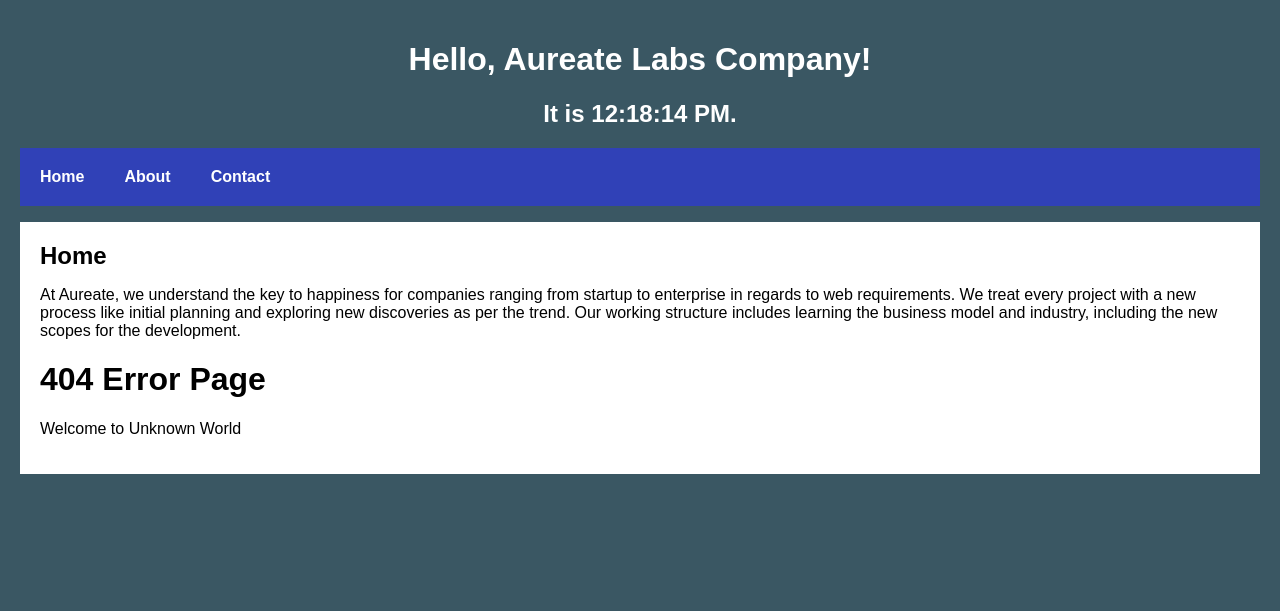
Repository: hardikaureate/React-Pages-Menu
Page: /
These files come from the project's save history. The page is drawn as it stood at one moment and after the next save; the edit follows.
The browser window is 1280 px wide. The pictures show the whole page.
The project was rebuilt for these pictures with package versions that can differ from the ones it lists, and the page was loaded fresh each time. Also part of the build but not shown: src/About.js, src/Contact.js.

Above is the page before, as saved 2020-10-26 15:30:54.

### src/index.js
import React from 'react';
import ReactDOM from 'react-dom';
import './index.css';
import Main from './Main';
import Clock from './Clock';

ReactDOM.render(
<React.Fragment>
<Clock name="Company" />
<Main/>
</React.Fragment>
, document.getElementById('root'));

### src/index.css
body {
    background-color: #3a5763;
    padding: 20px;
    margin: 0;
}

h1,
h2,
p,
ul,
li {
    font-family: sans-serif;
}

ul.header li {
    display: inline;
    list-style-type: none;
    margin: 0;
}

ul.header {
    background-color: #3041b7;
    padding: 0;
}

ul.header li a {
    color: #FFF;
    font-weight: bold;
    text-decoration: none;
    padding: 20px;
    display: inline-block;
}

.content {
    background-color: #FFF;
    padding: 20px;
}

.content h2 {
    padding: 0;
    margin: 0;
}

.content li {
    margin-bottom: 10px;
}

.active {
    background-color: #0099FF;
}

.common {
    text-align: center;
    color: #FFF;
}

### src/Main.js
import React, { Component } from 'react'
import {Route, Link, HashRouter} from 'react-router-dom';
import Home from './Home';
import About from './About';
import Contact from './Contact';
import Errorpage from './Errorpage'


class Main extends Component {
        render(){
                return(
                        <HashRouter>
                        <React.Fragment>
                                <ul className="header">
                                        <li><Link exact to="/">Home</Link></li>
                                        <li><Link to="/about">About</Link></li>
                                        <li><Link to="/contact">Contact</Link></li>
                                        {/* <li><Link to="/contact">Contact</Link></li> */}
                                </ul>

                                <div className="content">
                                        <Route exact path="/" component={Home} />
                                        <Route exact path="/about" component={About} />
                                        <Route exact path="/contact" component={Contact} />
                                        <Route component={Errorpage} />
                                </div>
                        </React.Fragment>
                        </HashRouter>
                )
        }
}

export default Main;

### src/Clock.js
import React, { Component } from 'react'

export default class Clock extends Component {
        constructor(props) {
                super(props);
                console.log('constructtt');
                this.state = {
                        greeting : "Hello",
                        date: new Date()
                }
                // this.state = {};

              }

              componentDidMount(){
                console.log('DidMount')
                      this.Tid = setInterval( () =>
                              this.tick(), 1000
                      );
              }

              componentWillUnmount() {
                      console.log('WillMount')
                      clearInterval(this.Tid)
              }

              tick(){
                //console.log('tick()method')
                      this.setState({
                              date : new Date()
                      })
              }

              render() {
                      console.log('Rendering')
                      const allname = 'Aureate Labs'
                return (
                  <div>
                    <h1 className="common">{this.state.greeting}, {allname} {this.props.name}!</h1>
                    <h2 className="common">It is {this.state.date.toLocaleTimeString()}.</h2>
                  </div>
                );
              }
}

### src/Home.js
import React, { Component } from 'react'

class Home extends Component {
        render() {
                return (
                        <div>
                        <h2>Home</h2>
                              <p>At Aureate, we understand the key to happiness for companies ranging from startup to enterprise in regards to web requirements. We treat every project with a new process like initial planning and exploring new discoveries as per the trend. Our working structure includes learning the business model and industry, including the new scopes for the development.</p>
                        </div>
                )
        }
}


export default Home;

### src/Errorpage.js
import React from 'react'

const Errorpage = () => {
    return (
        <div>
            <div className="setStyle2">
                <h1>404 Error Page</h1>
                <p>Welcome to Unknown World</p>
            </div>
        </div>
    )
}

export default Errorpage

Loaded but not shown: public/index.html (common file)

After the next save:
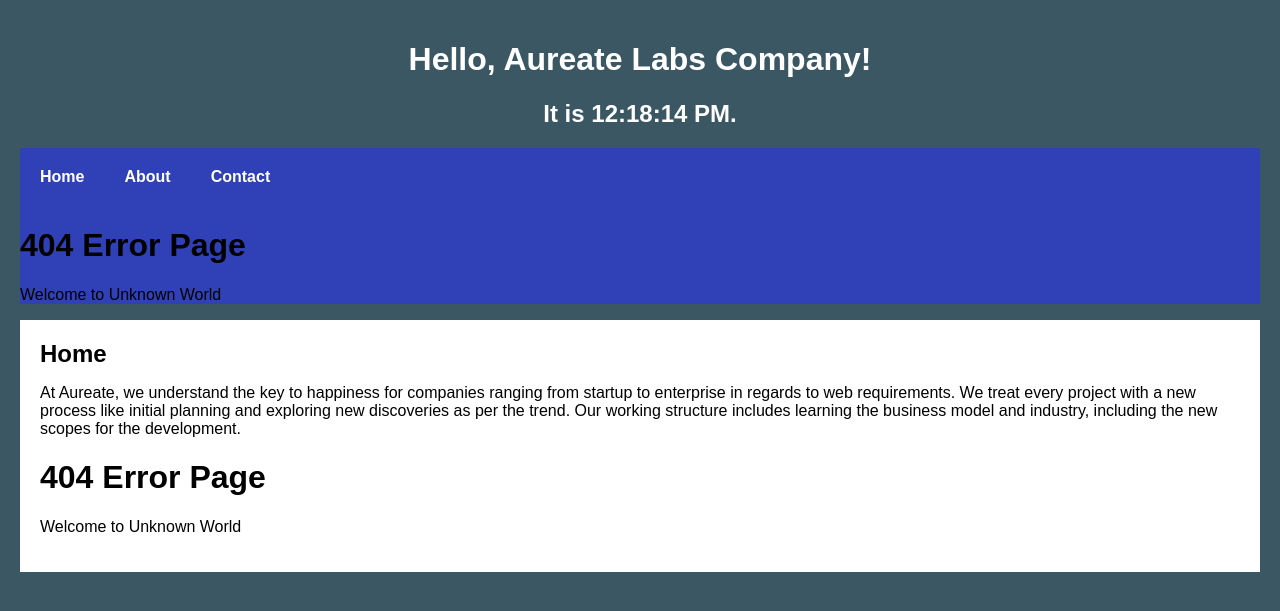
Saved 32 s later.
--- a/src/Main.js
+++ b/src/Main.js
@@ -15,7 +15,7 @@
                                         <li><Link exact to="/">Home</Link></li>
                                         <li><Link to="/about">About</Link></li>
                                         <li><Link to="/contact">Contact</Link></li>
-                                        {/* <li><Link to="/contact">Contact</Link></li> */}
+                                        <li><Link component={Errorpage}></Link></li>
                                 </ul>
 
                                 <div className="content">

After the save that followed:
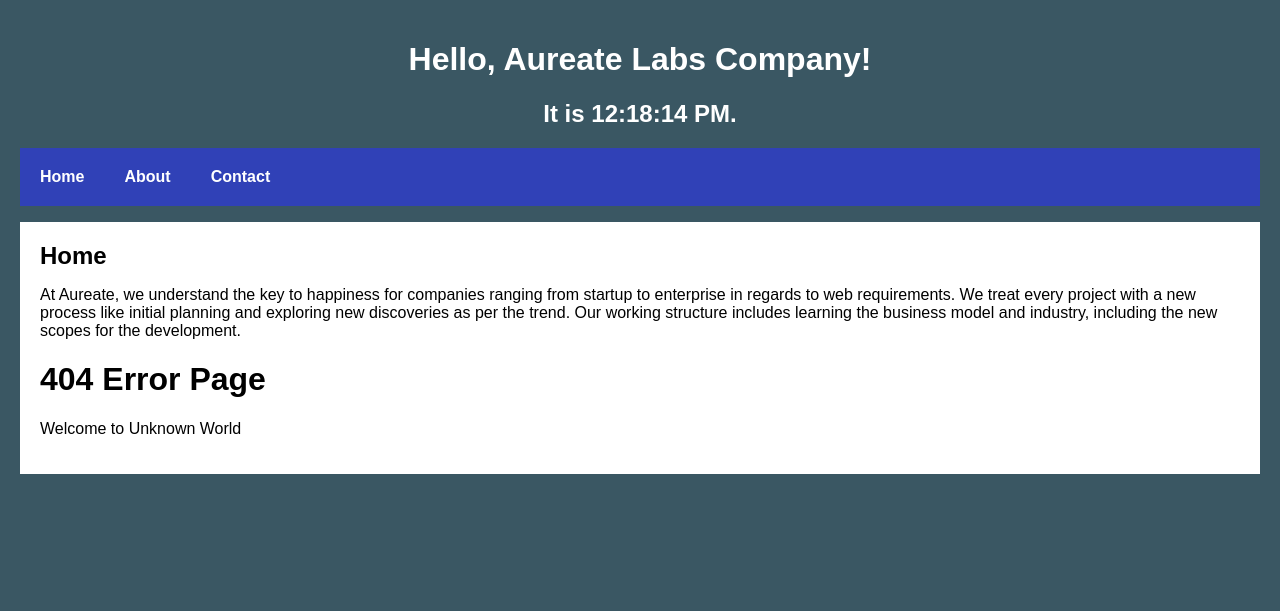
Saved 14 s later.
--- a/src/Main.js
+++ b/src/Main.js
@@ -15,7 +15,7 @@
                                         <li><Link exact to="/">Home</Link></li>
                                         <li><Link to="/about">About</Link></li>
                                         <li><Link to="/contact">Contact</Link></li>
-                                        <li><Link component={Errorpage}></Link></li>
+
                                 </ul>
 
                                 <div className="content">
